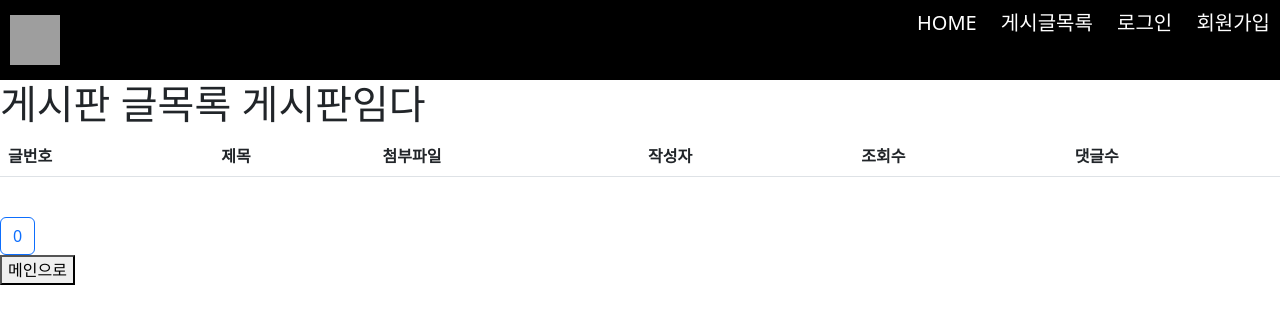
Repository: WoodongMaster/Spring
Page: http://localhost/spring/WEB-INF/views/board/list.jsp
The author's editor kept a copy of each file at every save. The page is drawn from the files as they stood at one save, then again after the next save.
The browser window is 1280 px wide. The pictures show the whole page.
Pictures or frames that could not be fetched are drawn as grey boxes. The page is served by Tomcat 9. Nobody is signed in. The template is opened directly, without the code that normally fills it, so the values that code supplies are empty.

Above is the page before, as saved 2023-06-19 01:30:49.

After the next save:
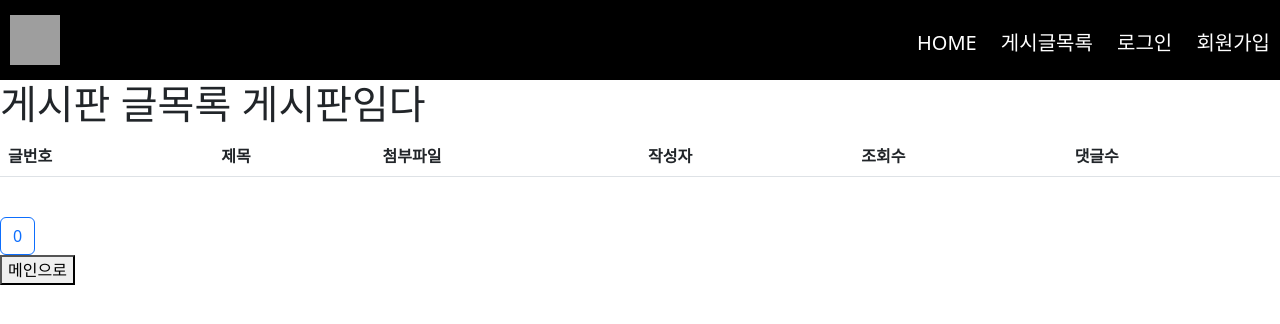
Saved 10 s later.
--- a/_spring_project1/spring/src/main/webapp/resources/css/header.css
+++ b/_spring_project1/spring/src/main/webapp/resources/css/header.css
@@ -10,7 +10,7 @@
 }
 .navbar{
 	float:right;
-
+	top:20px;
 
 }
 .navbar ul li{
